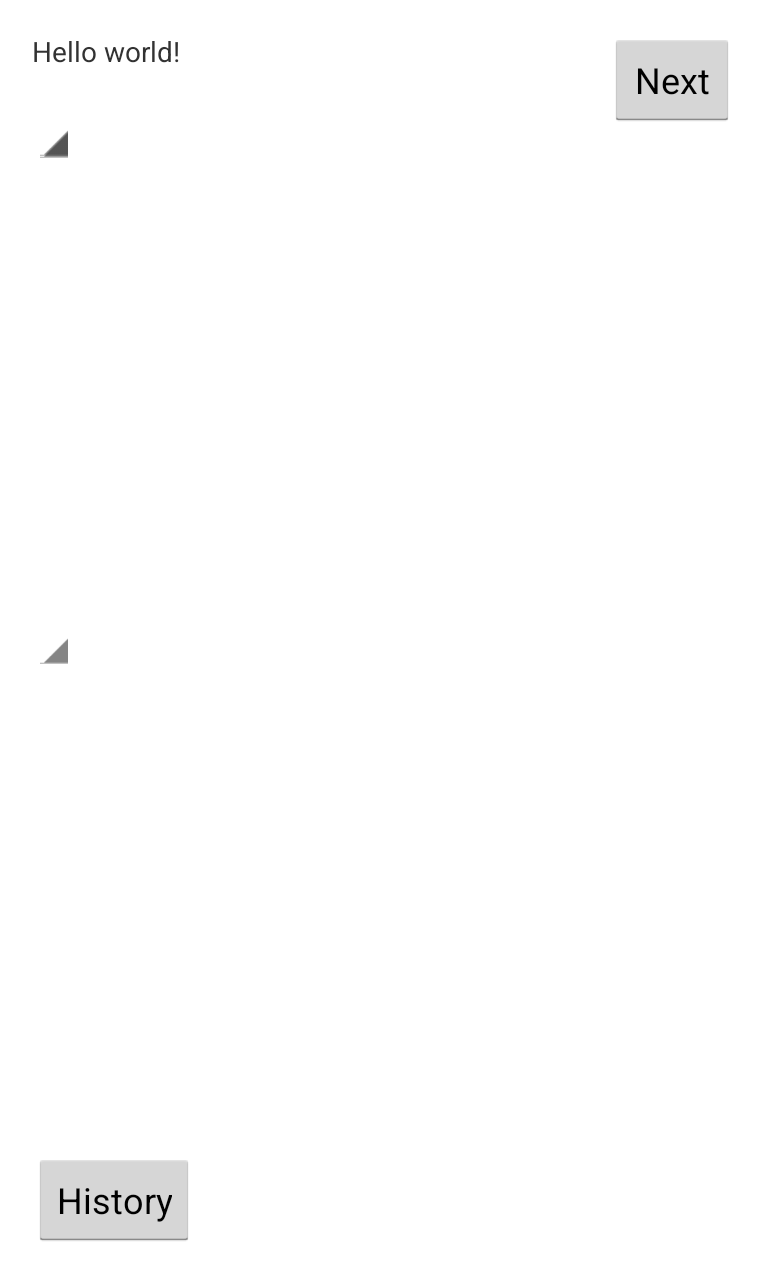
Repository: raul09/Overdrive
Layout: workspace/AutoPerformanceAnalyzer/res/layout/activity_main.xml
The author's editor kept a copy of each file at every save. The layout is drawn from the files as they stood at one save, then again after the next save.
It is drawn on a 768 x 1280 px phone screen (xhdpi) without system bars, with theme AppTheme; the app's code is not run.

Above is the layout before, as saved 2013-09-30 21:39:32.

After the next save:
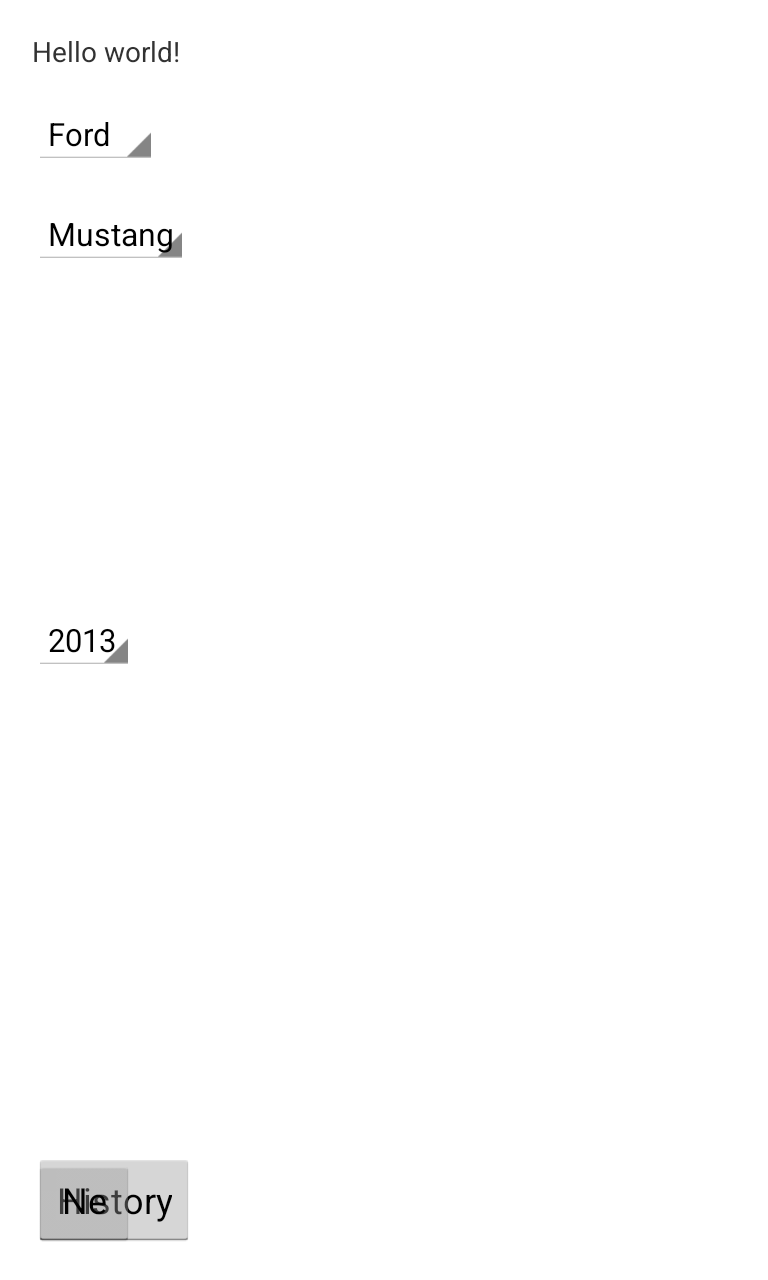
Saved 4 min 3 s later.
--- a/workspace/AutoPerformanceAnalyzer/res/layout/activity_main.xml
+++ b/workspace/AutoPerformanceAnalyzer/res/layout/activity_main.xml
@@ -27,29 +27,33 @@
         android:layout_width="wrap_content"
         android:layout_height="wrap_content"
         android:layout_below="@+id/textView1"
-        android:layout_marginTop="16dp" />
+        android:layout_marginTop="16dp"
+        android:entries="@array/Make" />
 
     <Spinner
         android:id="@+id/Model"
         android:layout_width="wrap_content"
         android:layout_height="wrap_content"
-        android:layout_alignLeft="@+id/spinner1"
-        android:layout_below="@+id/spinner1"
-        android:layout_marginTop="34dp" />
+        android:layout_alignLeft="@+id/Make"
+        android:layout_below="@+id/Make"
+        android:layout_marginTop="18dp"
+        android:entries="@array/Model" />
 
     <Spinner
         android:id="@+id/Year"
         android:layout_width="wrap_content"
         android:layout_height="wrap_content"
-        android:layout_alignLeft="@+id/spinner2"
-        android:layout_centerVertical="true" />
+        android:layout_alignLeft="@+id/Model"
+        android:layout_centerVertical="true"
+        android:entries="@array/Year" />
 
     <Button
         android:id="@+id/Next"
         android:layout_width="wrap_content"
         android:layout_height="wrap_content"
-        android:layout_alignBottom="@+id/button1"
-        android:layout_alignParentRight="true"
+        android:layout_alignBaseline="@+id/History"
+        android:layout_alignBottom="@+id/History"
+        android:layout_alignRight="@+id/Year"
         android:text="Next" />
 
 </RelativeLayout>
